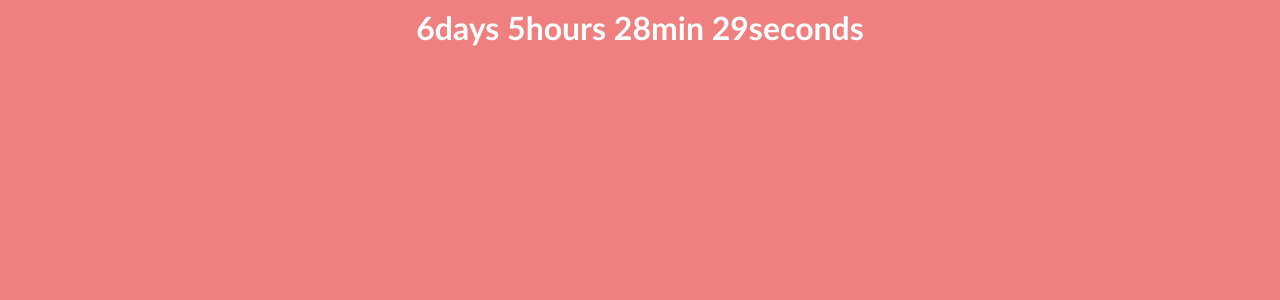
Repository: notMaximilian/countdown-timer
Page: index.html
An editor plug-in stored every save of this project. The page is shown before and after the next save, followed by the edit.
The browser window is 1280 px wide. The pictures show the whole page.

Above is the page before, as saved 2021-12-18 18:48:03.

### index.html
<html lang="en">
    <head>
        <meta charset="utf-8"/>
        <title>Christmas Countdown</title>
        <link rel="stylesheet" href="styles.css"/>
    </head>
    <body>
        <h1></h1>
        <h1 id="time-left"></h1>
        <script src="app.js"></script>
    </body>
</html>

### styles.css
body{
    background-color: lightcoral;
    color:white;
    text-align: center;
    font-family: 'Trebuchet MS', 'Lucida Sans Unicode', 'Lucida Grande', 'Lucida Sans', Arial, sans-serif;
}

### app.js
const timeLeft = document.getElementById('time-left')
let timerId;
//Units of time
const second = 1000
const minute = second * 60
const hour = minute * 60
const day = hour * 24

const christmas = new Date('12/25/2021')

function countdown(){
    const today = new Date();
    const timeSpan = christmas - today;

    if(timeSpan <= -day){
        timeLeft.innerHTML("I hope you had a Merry Christmas!!!")
        clearInterval(timerId)
        return
    }

    if (timeSpan <= 0){
        timeLeft.innerHTML("Merry Christmas!!!")
        clearInterval(timerId)
        return
    }

    const days = Math.floor(timeSpan / day)
    const hours = Math.floor((timeSpan % day) / hour)
    const minutes = Math.floor((timeSpan % hour) / minute)
    const seconds = Math.floor((timeSpan % minute) / second)

    timeLeft.innerHTML = days + "days " + hours + "hours " + minutes + "min " + seconds + "seconds"

}

timerId = setInterval(countdown, second)

After the next save:
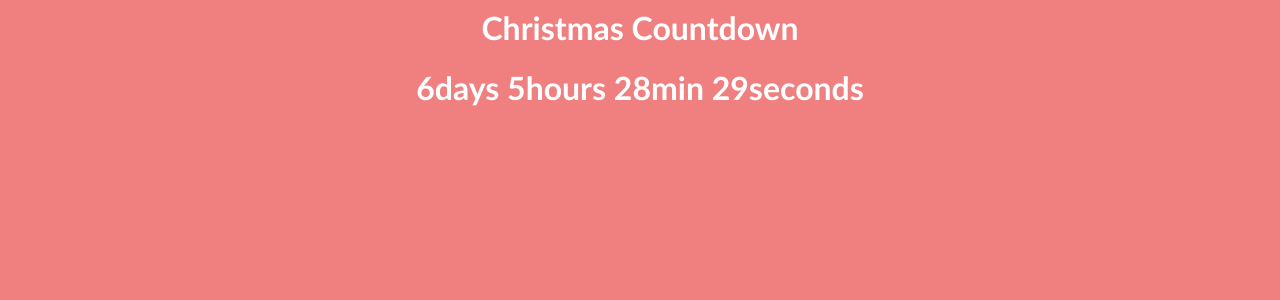
Saved 4 s later.
--- a/index.html
+++ b/index.html
@@ -5,7 +5,7 @@
         <link rel="stylesheet" href="styles.css"/>
     </head>
     <body>
-        <h1></h1>
+        <h1>Christmas Countdown</h1>
         <h1 id="time-left"></h1>
         <script src="app.js"></script>
     </body>
